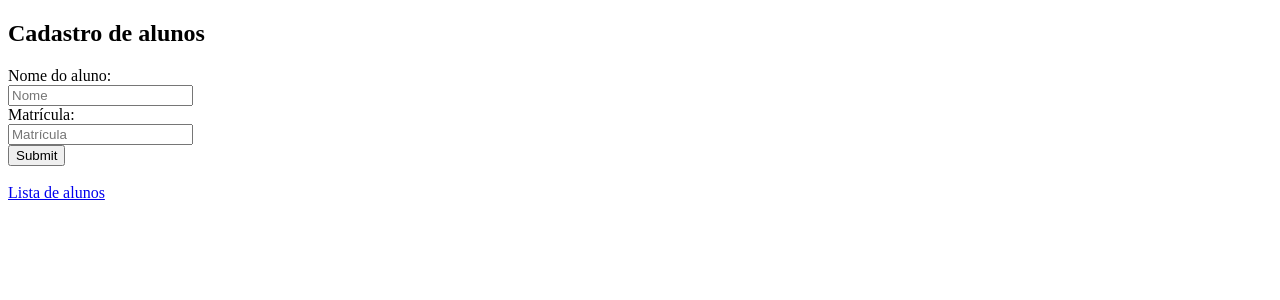
Repository: lorenavasconcellos/Trabalhos-WEB2
Page: CadastroAlunos/src/main/webapp/cadastrar_aluno.html
These files come from the project's save history. The page is drawn as it stood at one moment and after the next save; the edit follows.
The browser window is 1280 px wide. The pictures show the whole page.

Above is the page before, as saved 2022-12-01 11:27:59.

After the next save:
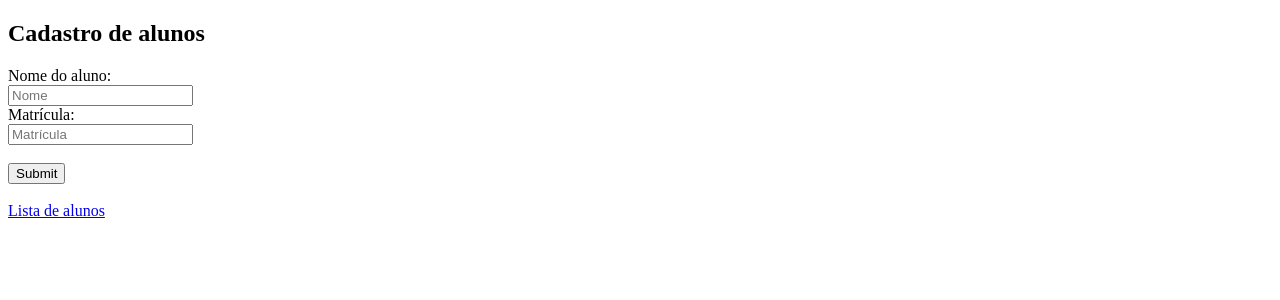
Saved 17 s later.
--- a/CadastroAlunos/src/main/webapp/cadastrar_aluno.html
+++ b/CadastroAlunos/src/main/webapp/cadastrar_aluno.html
@@ -11,7 +11,7 @@
 		<label for="nome">Nome do aluno:</label><br>
 		<input id="nome" type="text" placeholder="Nome"><br>
 		<label for="matricula">Matrícula:</label><br>
-		<input id="matricula" type="number" placeholder="Matrícula"><br>
+		<input id="matricula" type="number" placeholder="Matrícula"><br></br>
 		<input type="submit"><br><br>
 	</form>
 	<a href="./index.html">Lista de alunos</a>
